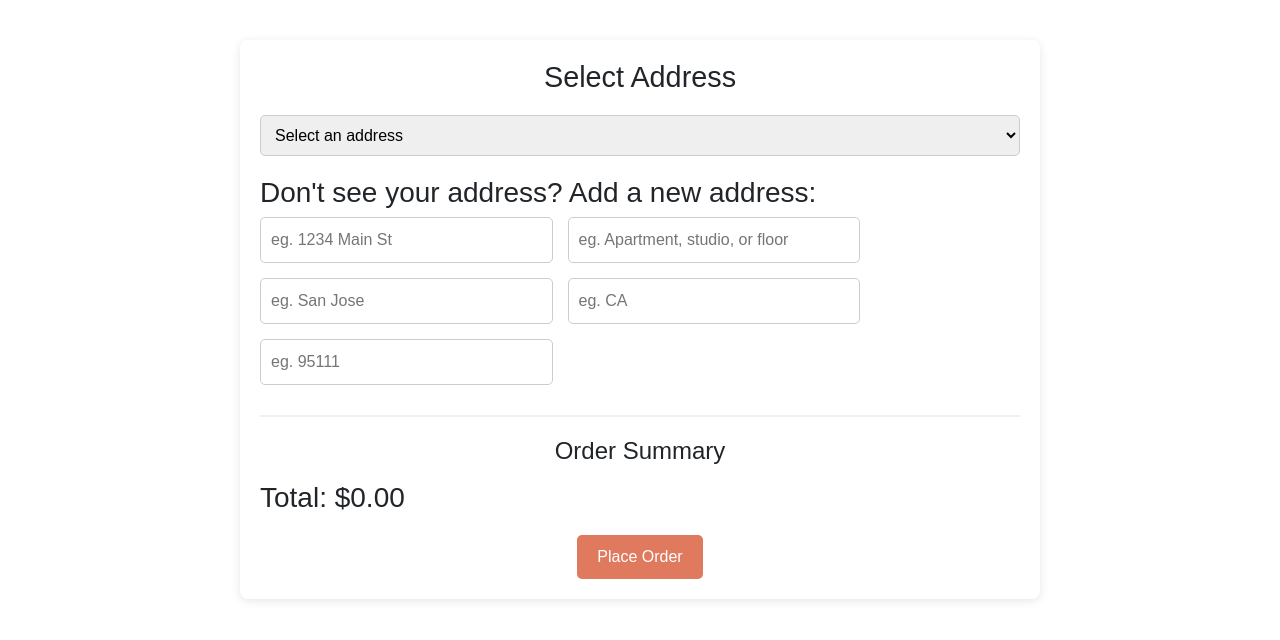
Repository: chelseajaculina/lab2-uber-eats
Page: /order (app in frontend/)
An editor plug-in stored every save of this project. The page is shown before and after the next save, followed by the edit.
The browser window is 1280 px wide. The pictures show the whole page.
The page's requests for data from a server got no answer. The project was rebuilt for these pictures with package versions that can differ from the ones it lists, and the page was loaded fresh each time. No one was signed in, and anything a server would have sent is missing. Also part of the build but not shown: frontend/src/components/Home.css, frontend/src/components/Logout.css, frontend/src/components/Logout.js, frontend/src/components/CartModal.css, frontend/src/components/CartModal.js, frontend/src/components/NavBarHome.js, frontend/src/components/Home.js, frontend/src/components/CustomerSignUp.js and 25 more.

Above is the page before, as saved 2024-11-21 17:06:29.

After the next save:
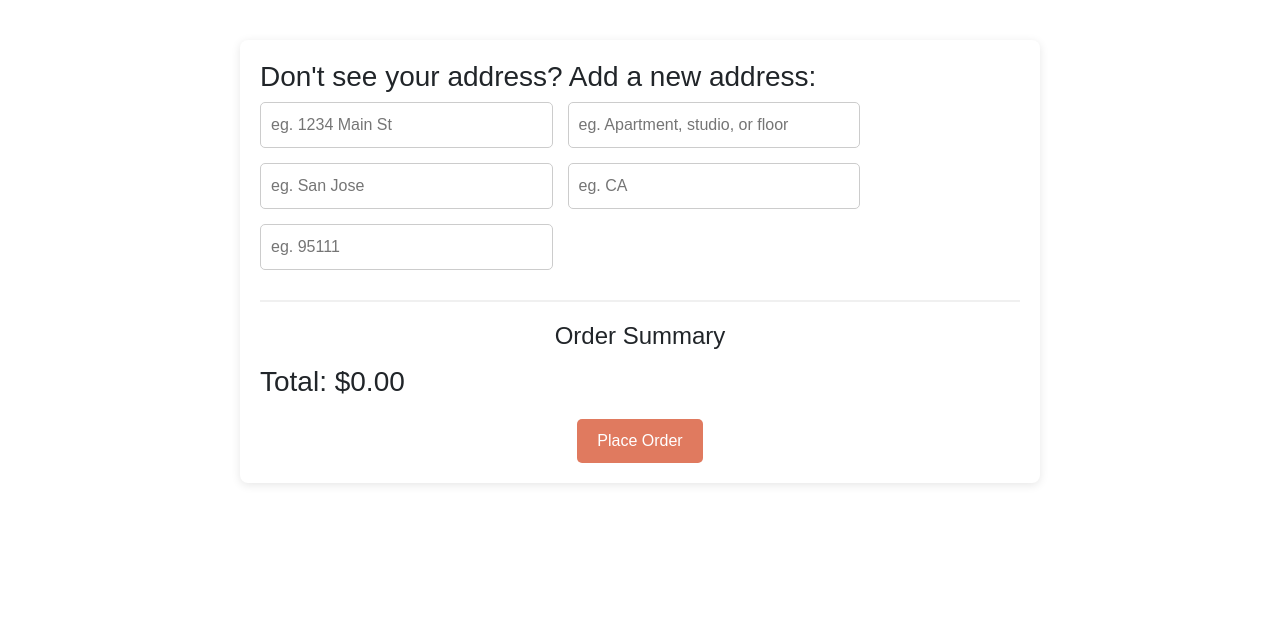
Saved 6 min 29 s later.
--- a/frontend/src/components/OrderPage.js
+++ b/frontend/src/components/OrderPage.js
@@ -49,19 +49,7 @@ const OrderPage = () => {
 
   return (
     <div className="order-page">
-      <h2>Select Address</h2>
-      <select
-        className="address-dropdown"
-        value={selectedAddress}
-        onChange={(e) => setSelectedAddress(e.target.value)}
-      >
-        <option value="">Select an address</option>
-        {addresses.map((address, index) => (
-          <option key={index} value={address}>
-            {address}
-          </option>
-        ))}
-      </select>
+
       <h3>Don't see your address? Add a new address:</h3>
       <form className="new-address-form">
         <input type="text" name="street" placeholder="eg. 1234 Main St" />
